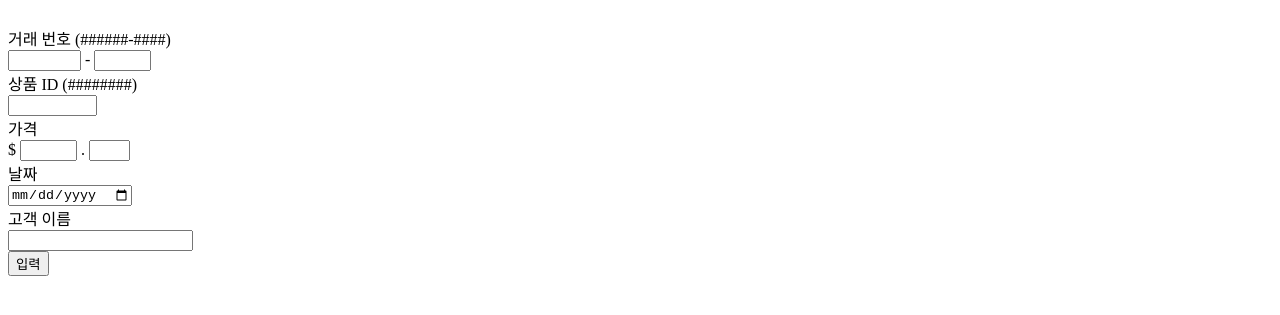
Repository: hm-park-dev/db-hw-project
Page: http://localhost/dbhw/Main/transactionInput.jsp
An editor plug-in stored every save of this project. The page is shown before and after the next save, followed by the edit.
The browser window is 1280 px wide. The pictures show the whole page.
The page is served by Tomcat 9. Other server files are loaded and not shown.

Above is the page before, as saved 2020-12-24 13:20:43.

### dbhw/WebContent/Main/transactionInput.jsp
<%@ page language="java" contentType="text/html; charset=EUC-KR"
    pageEncoding="EUC-KR"%>
<!DOCTYPE html>
<html>
<head>
<meta charset="EUC-KR">
<title>Transaction Input</title>
</head>
<script>
	function Insert()
	{
		var InsertForm = document.customerInsertForm;
		if(!InsertForm.transactionNumber1.value) {
			alert("거래 번호를 입력해주세요.");
			InsertForm.transactionNumber1.focus();
			return ;
		}
		if(InsertForm.transactionNumber1.value.length != 6) {
			alert("거래 번호를 형식에 맞게 입력해주세요.");
			InsertForm.transactionNumber1.focus();
			return ;
		}
		if(!InsertForm.transactionNumber2.value) {
			alert("거래 번호를 입력해주세요.");
			InsertForm.transactionNumber2.focus();
			return ;
		}
		if(InsertForm.transactionNumber2.value.length != 4) {
			alert("거래 번호를 형식에 맞게 입력해주세요.");
			InsertForm.transactionNumber2.focus();
			return ;
		}
		if(!InsertForm.productID.value) {
			alert("상품 ID를 입력해주세요.");
			InsertForm.productID.focus();
			return ;
		}
		if(InsertForm.productID.value.length != 8) {
			alert("상품 ID를 형식에 맞게 입력해주세요.");
			InsertForm.productID.focus();
			return ;
		}
		if(!InsertForm.price1.value) {
			alert("가격을 입력해주세요.");
			InsertForm.price1.focus();
			return ;
		}
		if(!InsertForm.price2.value) {
			alert("가격을 입력해주세요.");
			InsertForm.price2.focus();
			return ;
		}
		if(!InsertForm.transactionDate.value) {
			alert("날짜를 입력해주세요.");
			InsertForm.transactionDate.focus();
			return ;
		}
		if(!InsertForm.customerName.value) {
			alert("고객 이름을 입력해주세요.");
			InsertForm.customerName.focus();
			return ;
		}
		InsertForm.submit();
	}
</script>
<body>
	<form name="transactionInsertForm" id="transactionInsertForm" action="transactionInsert.jsp">
		<br>
		거래 번호 (######-####)
		<br>
		<input type="text" name="transactionNumber1" id="transactionNumber1" size="6" maxlength="6">
		-
		<input type="text" name="transactionNumber2" id="transactionNumber2" size="4" maxlength="4">
		<br>
		상품 ID (########)
		<br>
		<input type="text" name="productID" id="productID" size="8" maxlength="8">
		<br>
		가격
		<br>
		$
		<input type="text" name="price1" id="price1" size="4" maxlength="4">
		.
		<input type="text" name="price2" id="price2" size="2" maxlength="2">
		<br>
		날짜
		<br>
		<input type="date" name="transactionDate" id="transactionDate">
		<br>
		고객 이름
		<br>
		<input type="text" name="customerName" id="customerName" maxlength="30">
		<br>
	</form>
	<input type="button" value="입력" id="transactionInput" OnClick="javascript:Insert();">
</body>
</html>

After the next save:
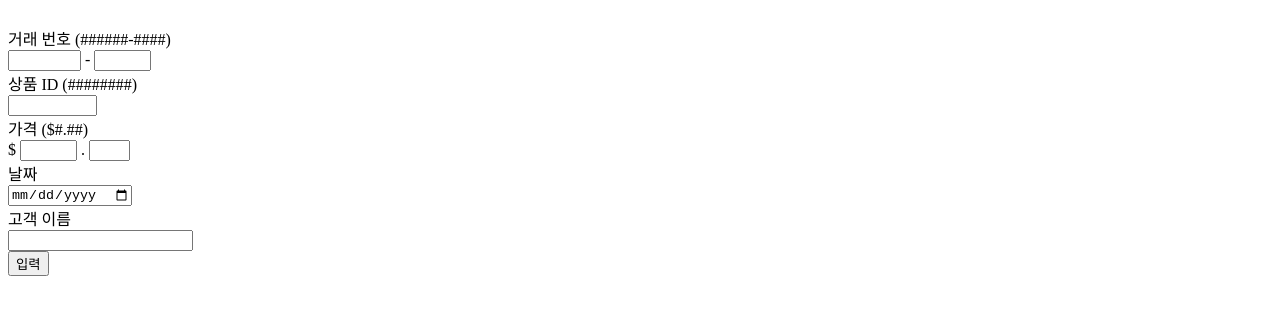
Saved 11 min 3 s later.
--- a/dbhw/WebContent/Main/transactionInput.jsp
+++ b/dbhw/WebContent/Main/transactionInput.jsp
@@ -50,6 +50,11 @@
 			InsertForm.price2.focus();
 			return ;
 		}
+		if(InsertForm.price2.value.length != 2) {
+			alert("가격을 형식에 맞게 입력해주세요.");
+			InsertForm.price2.focus();
+			return ;
+		}
 		if(!InsertForm.transactionDate.value) {
 			alert("날짜를 입력해주세요.");
 			InsertForm.transactionDate.focus();
@@ -76,7 +81,7 @@
 		<br>
 		<input type="text" name="productID" id="productID" size="8" maxlength="8">
 		<br>
-		가격
+		가격 ($#.##)
 		<br>
 		$
 		<input type="text" name="price1" id="price1" size="4" maxlength="4">
